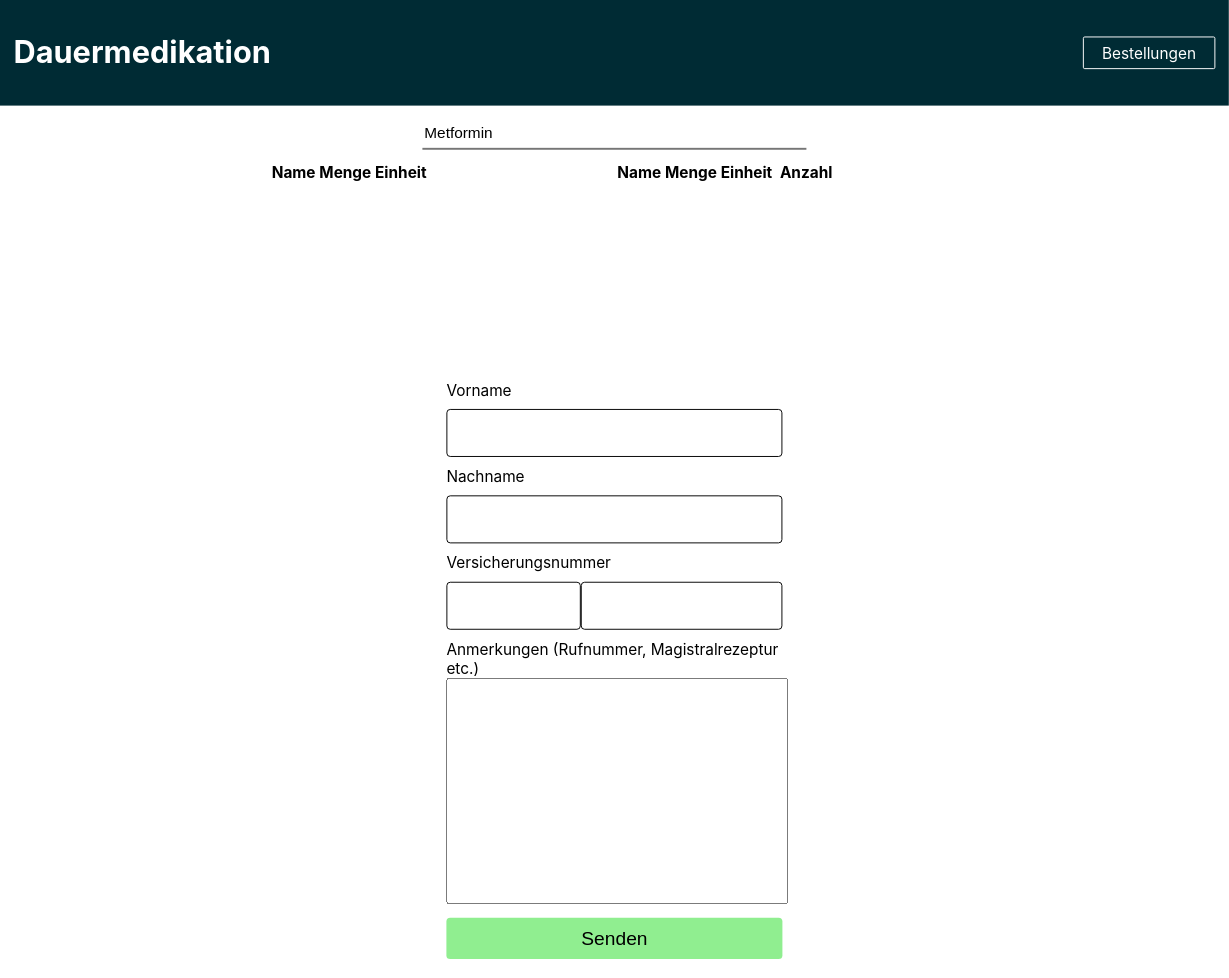
Repository: Esatollah/MedDemo
Page: / (app in client/)
The author's editor kept a copy of each file at every save. The page is drawn from the files as they stood at one save, then again after the next save.
The browser window is 1280 px wide. The pictures show the whole page, at 96% of full size.
The page's requests for data from a server got no answer. The project was rebuilt for these pictures with package versions that can differ from the ones it lists, and the page was loaded fresh each time. No one was signed in, and anything a server would have sent is missing. Also part of the build but not shown: client/src/Styles/BestellungenStyles.js, client/src/Routes/Bestellungen.jsx.

Above is the page before, as saved 2022-06-11 16:18:08.

### client/public/index.html
<!DOCTYPE html>
<html lang="en">
  <head>
    <meta charset="utf-8" />
    <link rel="icon" href="%PUBLIC_URL%/favicon.ico" />
    <meta name="viewport" content="width=device-width, initial-scale=1" />
    <meta name="theme-color" content="#000000" />
    <meta
      name="description"
      content="Web site created using create-react-app"
    />
    <link rel="apple-touch-icon" href="%PUBLIC_URL%/logo192.png" />
    <!--
      manifest.json provides metadata used when your web app is installed on a
      user's mobile device or desktop. See https://developers.google.com/web/fundamentals/web-app-manifest/
    -->
    <link rel="manifest" href="%PUBLIC_URL%/manifest.json" />
    <!--
      Notice the use of %PUBLIC_URL% in the tags above.
      It will be replaced with the URL of the `public` folder during the build.
      Only files inside the `public` folder can be referenced from the HTML.

      Unlike "/favicon.ico" or "favicon.ico", "%PUBLIC_URL%/favicon.ico" will
      work correctly both with client-side routing and a non-root public URL.
      Learn how to configure a non-root public URL by running `npm run build`.
    -->
    <title>Med Demo</title>
  </head>
  <body>
    <noscript>You need to enable JavaScript to run this app.</noscript>
    <div id="root"></div>
    <!--
      This HTML file is a template.
      If you open it directly in the browser, you will see an empty page.

      You can add webfonts, meta tags, or analytics to this file.
      The build step will place the bundled scripts into the <body> tag.

      To begin the development, run `npm start` or `yarn start`.
      To create a production bundle, use `npm run build` or `yarn build`.
    -->
  </body>
</html>

### client/src/App.js
import SearchBar from './Routes/Search';
import {BrowserRouter, Routes, Route} from 'react-router-dom'
import Bestellungen from './Routes/Bestellungen';
import ReactModal from 'react-modal';

ReactModal.setAppElement('#root')

function App() {
  return (
    <BrowserRouter>
    <Routes>
      <Route path='/' element={<div><SearchBar/></div>}/>
      <Route path='/bestellungen' element={<div><Bestellungen/></div>}/>
    </Routes>
    </BrowserRouter>
  );
}

export default App;

### client/src/Routes/Search.jsx
import React, { useState, useEffect } from 'react'
import DrugAPI from '../api/DrugAPI';
import Form from '../components/Form';
import Navbar from '../components/Navbar';
import { SearchWrap } from '../Styles/SearchStyles';


const Search = () => {

  const [searchinput, setSearchinput] = useState("Metformin");
  const [drugs, setDrugs] = useState([]);
  const [cartitems, setCartitems] = useState([]);

  useEffect(() => {
    const fetchData = async () => {
      try {
        const result = await DrugAPI.get(`/?drugsearch=${searchinput}`)
        setDrugs(result.data.meds)
      } catch (err) {
        console.error(err);
      }
    }

    fetchData();

  }, [searchinput])

  const handleDrugClick = (e, x) => {
    const is_in_cart = cartitems.some(y => {
      if (y.id === x.id) {
        return true;
      }

      return false;
    })

    if (is_in_cart) {
      return
    }
    let temp = { ...x, anzahl: "1" }
    setCartitems([...cartitems, temp]);
  }

  const handleDelete = (e, x, index) => {
    let temp = [...cartitems]

    temp.splice(index, 1);

    setCartitems(temp);
  }

  const handleCountchange = (e, x, index) => {
    let temps = [...cartitems]
    let temp = {
      ...temps[index],
      anzahl: e.target.value
    }
    temps[index] = temp
    setCartitems(temps);

  }


  return (
    <>
      <Navbar route="/Bestellungen" title="Dauermedikation"/>
        <SearchWrap>

          <input type="search" placeholder="Suche" id="search" value={searchinput} onChange={e => setSearchinput(e.target.value)} />
          <div className='search-container'>
            <div className='table-container'>
              <table className='drugtable'>
                <thead>
                  <tr>
                    <th scope='col'>
                      Name
                    </th>
                    <th scope='col'>Menge</th>
                    <th scope='col'>Einheit</th>
                    <th scope='col'></th>
                  </tr>
                </thead>
                <tbody>
                  {drugs && drugs.map((x) => {
                    return (
                      <tr key={x.id} className="drug-row" >
                        <td className={x.name}>{x.name}</td>
                        <td>{x.menge}</td>
                        <td>{x.mengenart}</td>
                        <td><button onClick={(e) => { handleDrugClick(e, x) }}>+</ button></td>
                      </tr>
                    )
                  })}
                </tbody>

              </table>
            </div>

            <div className='cart-container'>
              <table>
                <thead>
                  <tr>
                    <th scope='col'>
                      Name
                    </th>
                    <th scope='col'>Menge</th>
                    <th scope='col'>Einheit</th>
                    <th scope='col'></th>
                    <th scope='col'>Anzahl</th>
                  </tr>
                </thead>
                <tbody>
                  {cartitems && cartitems.map((x, index) => {
                    if (x.abgabezahl) {
                      return (
                        <tr key={index} className="drug-row" >
                          <td>{x.name}</td>
                          <td>{x.menge}</td>
                          <td>{x.mengenart}</td>
                          <td><button onClick={(e) => handleDelete(e, x, index)}>-</button></td>
                          <td><select onChange={(e) => { handleCountchange(e, x, index) }}><option value="1">1</option><option value="2">2</option></select></td>
                        </tr>
                      )
                    }
                    return (
                      <tr key={index} className="drug-row" >
                        <td>{x.name}</td>
                        <td>{x.menge}</td>
                        <td>{x.mengenart}</td>
                        <td><button onClick={(e) => handleDelete(e, x, index)}>-</button></td>
                        <td>1</td>
                      </tr>
                    )
                  })}
                </tbody>
              </ table>
            </div>
          </div>
        </SearchWrap>

      <Form cartitems={cartitems} setCartitems={setCartitems} />
    </>
  )
}

export default Search

### client/src/api/DrugAPI.js
import axios from 'axios'

export default axios.create({
    baseURL: "/api"
})

### client/src/components/Form.jsx
import React, {useState}from 'react'
import DrugAPI from '../api/DrugAPI'
import { FormWrap } from '../Styles/FormStyles';
const Form = props => {

    const [fname, setFname] = useState('');
    const [lname, setLname] = useState('');
    const [vpin, setVpin] = useState('');
    const [vbday, setVbday] = useState('');
    const [anmerkungen, setAnmerkungen] = useState('');

    const handleSubmit = (e) => {

        e.preventDefault();
        const formdata = {
            fname,
            lname,
            vpin,
            vbday,
            anmerkungen
        }

        const fetchData = async () =>{
            try {
            await DrugAPI.post("/", {drugs:{...props.cartitems}, ...formdata})
            } catch (error) {
                console.error(error);
            }
    }

    fetchData();

    setFname('');setLname('');setVpin('');setVbday('');setAnmerkungen('');
    props.setCartitems([]);

}


  return (
    <FormWrap>
        <form onSubmit={(e) =>handleSubmit(e)}>
            <label htmlFor="fname">Vorname</label><br />
            <input className="Names"type="text" value={fname} id="fname" name="fname" onChange={(e)=> setFname(e.target.value)}required/><br/>
            <label htmlFor="lname">Nachname</label><br />
            <input className="Names"type="text" id="lname" value={lname} onChange={(e) => setLname(e.target.value)}name="lname" required /><br/>
            <label htmlFor="pin">Versicherungsnummer  </label> <br/>
            <input className="insurance" type="text" id="pin" value={vpin}
            onChange={(e) => setVpin(e.target.value)} name="pin" pattern="[0-9]+" size="4" minLength="4"maxLength="4" required/>
            <input className="insurance" type="text" id="bday" value={vbday}
            onChange={(e) => setVbday(e.target.value)} name="bday" size="6" minLength={6} maxLength={6}
            pattern="[0-9]+" required/> <br/>
            <label htmlFor="anmerkungen" >Anmerkungen (Rufnummer, Magistralrezeptur etc.)</label> <br/>
            <textarea id="anmerkungen"value={anmerkungen} onChange={(e) => setAnmerkungen(e.target.value)} name="message" rows="10" cols="30" className='textarea' maxLength="254">
            </textarea> <br/>
            <input type="submit" value="Senden" ></input><br />
        </form>
    </FormWrap>

  )
}

export default Form

### client/src/components/Navbar.jsx
import React from 'react'
import { useNavigate } from 'react-router-dom'
import { NavWrap } from '../Styles/NavbarStyles'


const Navbar = (props) => {
  let navigate = useNavigate()

  return (
    <NavWrap>
      <h1>{props.title}</h1>
        <div onClick={() => navigate(props.route)}>{props.title === "Dauermedikation" ? "Bestellungen" : "Dauermedikation"}</div>
    </NavWrap>
  )
}

export default Navbar

### client/src/Styles/SearchStyles.js
import styled from 'styled-components';

export const SearchWrap = styled.div`

    display: flex;
    flex-direction: column;
    align-items: center;
             margin: auto;

    @media(min-width: 1000px) {
             width: 1000px;

         }

    #search {
    width:50%;
    height: 2rem;
    outline:none;
    border-top: hidden;
    border-right: hidden;
    border-left: hidden;
    font-size: 1rem;@media(min-width: 1000px) {
             width: 40%;
         }
    margin-bottom: 10px;
}

.table-container {
    max-height: 200px;
    max-width: 80%;
    overflow-y: auto;
}


.drug-row:hover {
    background-color: beige;
}

.drugtable tbody tr {
border: 1px;
}

.search-container {
    width: 90%;

    @media(min-width: 1000px) {
        display:flex;
        flex-direction: row;
        justify-content: center;
    }

    .table-container {
        width :100%;
        height: 250px;
        display:flex;
         @media(min-width: 1000px) {
             width: 40%;
             display:flex;
             height: 400px;
         }
    }

    .cart-container {
        width: 100%;
        display:flex;
        @media(min-width: 1000px) {
             width: 40%;
             display:flex;
         }
    }
}

td {
    padding:5px;
}

`;

### client/src/Styles/FormStyles.js
import styled from 'styled-components';

export const FormWrap = styled.div`
    display:flex;
    margin:auto;
    max-width:350px;
    margin-top: 20px;
    padding:10px;

    .Names {
        display:inline-block;
        width: 100%;
        padding: 10px;
        box-sizing: border-box;
        border-radius: 4px;
        border: .5px solid;
        margin: 10px 0;
        font-size: 1.5rem;
    }
    input[type=submit] {
        width: 100%;
        padding: 10px;
        margin:10px 0;
        border-radius: 4px;
        border: none;
        background: lightgreen;
        font-size:20px
    }
    .insurance {
        padding: 10px;
        box-sizing: border-box;
        border-radius: 4px;
        border: .5px solid;
        margin: 10px 0;
        font-size:1.5rem;
    }
    #pin {
        width:40%;
    }
    #bday {
        width:60%;
    }

    textarea {
        width: 100%;
        resize:none;
        font-size: 1.25rem;
        font-family: sans-serif
    }
`;

### client/src/Styles/NavbarStyles.js
import styled from "styled-components"

export const NavWrap = styled.div`
    width:100%;
    padding: 14px 0;
    background-color: #002b34;
    margin-bottom: 14px;
    display:flex;
    align-items: center;
    h1 {
        margin-left: 14px;
        color: #fff;
    }

     div {
    margin-left: auto;
    margin-right: 14px;
    display:inline-block;
    padding:0.35em 1.2em;
    border:0.1em solid #FFFFFF;
    border-radius:0.12em;
    box-sizing: border-box;
    color:#FFFFFF;
    text-align:center;
    cursor: pointer;
}
`;

Loaded but not shown: client/src/index.js (common file); client/src/index.css (common file)

After the next save:
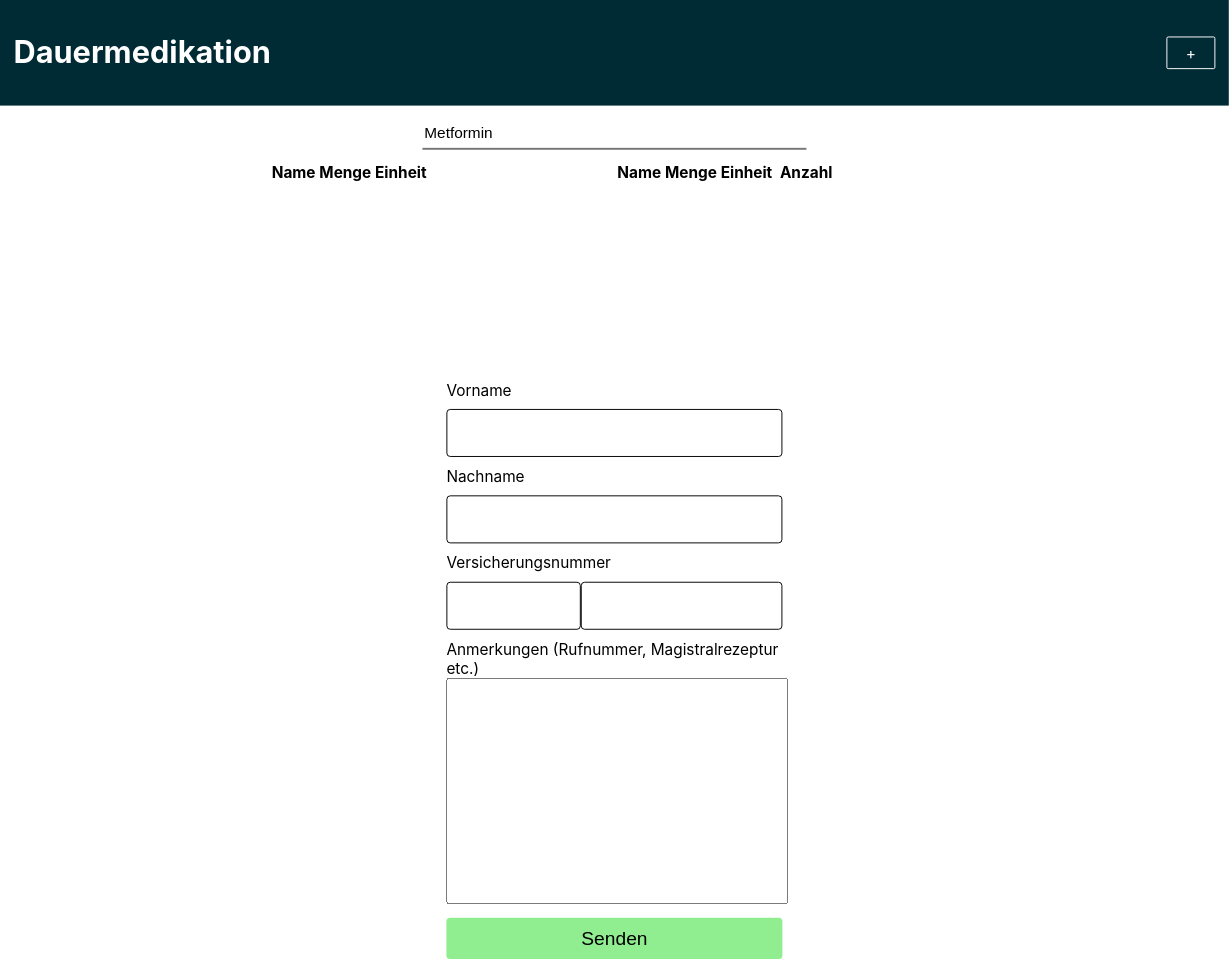
Saved 19 min 8 s later.
--- a/client/src/components/Navbar.jsx
+++ b/client/src/components/Navbar.jsx
@@ -9,7 +9,7 @@ const Navbar = (props) => {
   return (
     <NavWrap>
       <h1>{props.title}</h1>
-        <div onClick={() => navigate(props.route)}>{props.title === "Dauermedikation" ? "Bestellungen" : "Dauermedikation"}</div>
+        <div onClick={() => navigate(props.route)}>{props.title === "Dauermedikation" ? "+" : "-"}</div>
     </NavWrap>
   )
 }
